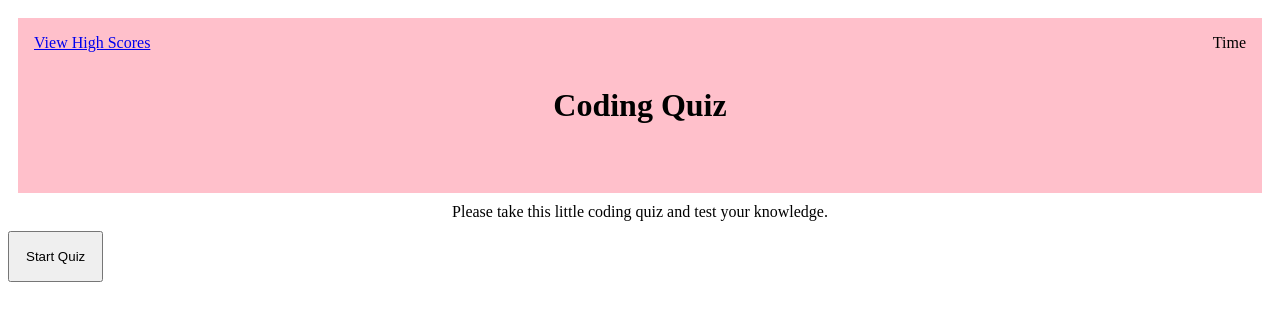
Repository: Naomilounsbury/code-quiz
Page: index.html
An editor plug-in stored every save of this project. The page is shown before and after the next save, followed by the edit.
The browser window is 1280 px wide. The pictures show the whole page.

Above is the page before, as saved 2021-11-29 16:46:49.

After the next save:
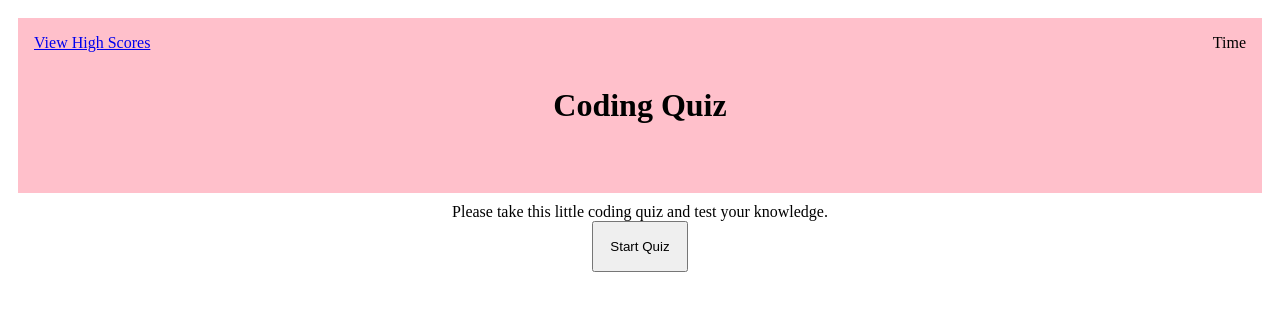
Saved 28 s later.
--- a/assets/css/styles.css
+++ b/assets/css/styles.css
@@ -39,7 +39,7 @@ button{
     display: flex;
     flex-wrap: wrap;
 
-    margin: 10px 0 5px 0;
+    margin: auto;
     justify-content: center;
     padding: 16px;
 
